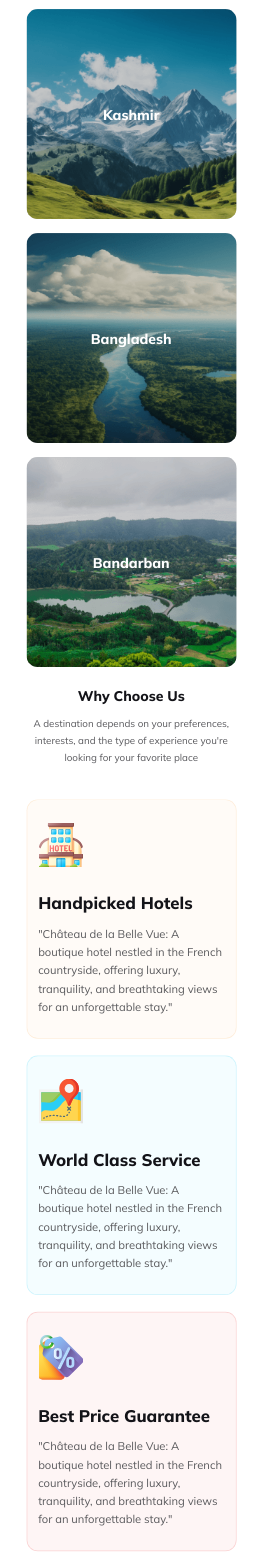
Repository: ShouravAhammed/Assignment-2
Page: index.html
An editor plug-in stored every save of this project. The page is shown before and after the next save, followed by the edit.
The browser window is 375 px wide. The pictures show the part of the page from y = 3210 to 5450 px (the page is 5450 px tall before and 5418 px after), at 70% of full size.
Some web libraries are served in a nearby version.

Above is the page before, as saved 2024-01-16 17:15:20.

After the next save:
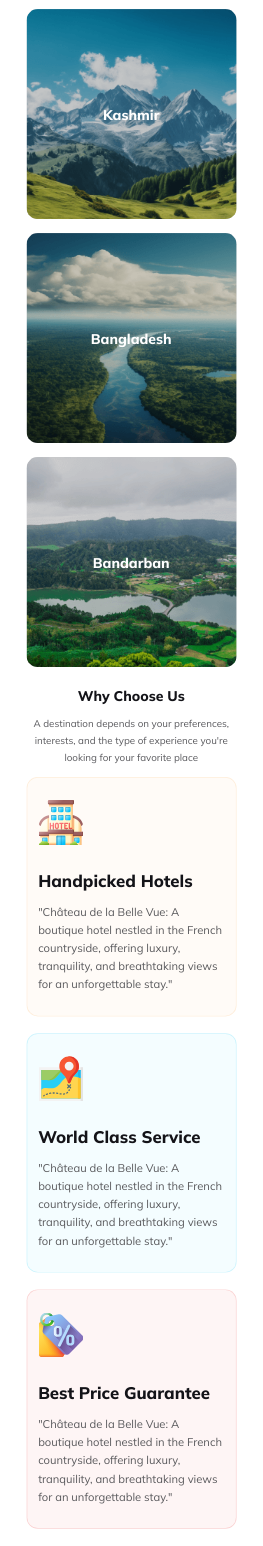
Saved 111 s later.
--- a/styles/style.css
+++ b/styles/style.css
@@ -457,4 +457,7 @@
     #choose{
         margin: 24px 0;
     }
-}
+    .choose-content {
+        margin-top: 16px;
+    }
+}
